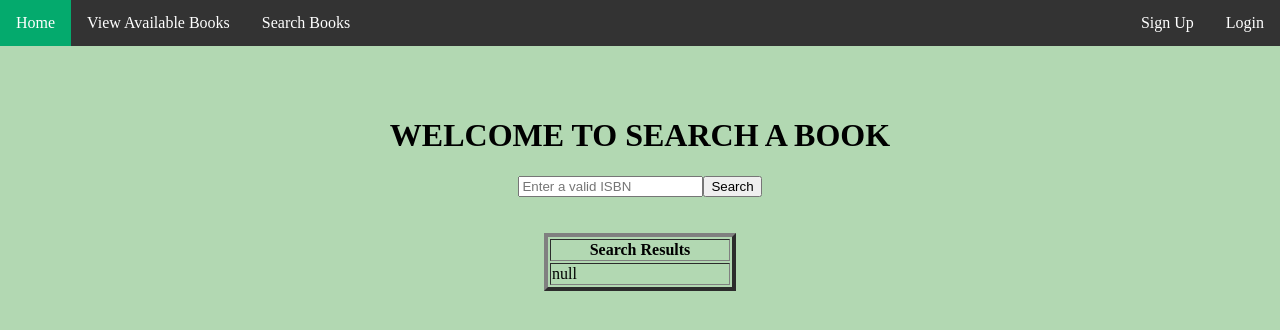
Repository: sach7691/online-book-store-application
Page: http://localhost/online-book-store-application/search_book.jsp
The author's editor kept a copy of each file at every save. The page is drawn from the files as they stood at one save, then again after the next save.
The browser window is 1280 px wide. The pictures show the whole page.
The page is served by Tomcat 9. Nobody is signed in. The application's start-up code is not run.

Above is the page before, as saved 2022-08-17 14:43:39.

After the next save:
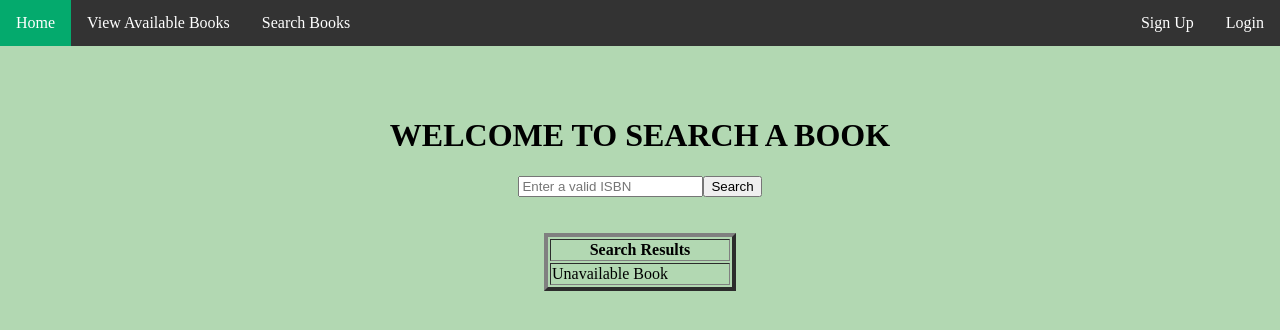
Saved 66 s later.
--- a/online-book-store-application/src/main/webapp/search_book.jsp
+++ b/online-book-store-application/src/main/webapp/search_book.jsp
@@ -87,7 +87,7 @@ String title =(String)session.getAttribute("bookTitle");
   <tr>
     <th>Search Results</th>
   </tr>
-       <td><%= session.getAttribute("bookTitle") %></td>
+       <td><%= title %></td>
 
   </tr>
 </table>
